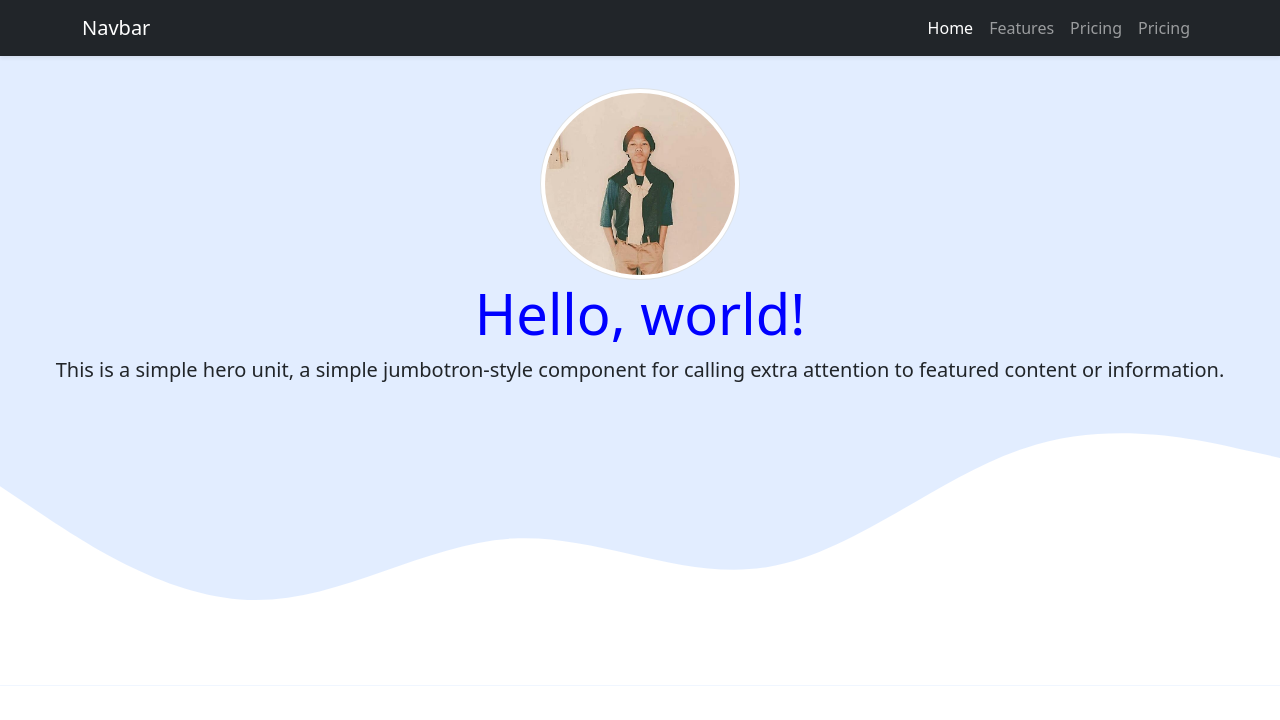
Repository: Novemberdad/gemilangtech.github.io
Page: index.html
An editor plug-in stored every save of this project. The page is shown before and after the next save, followed by the edit.
The browser window is 1280 px wide. The pictures show the whole page.

Above is the page before, as saved 2021-07-20 23:44:58.

After the next save:
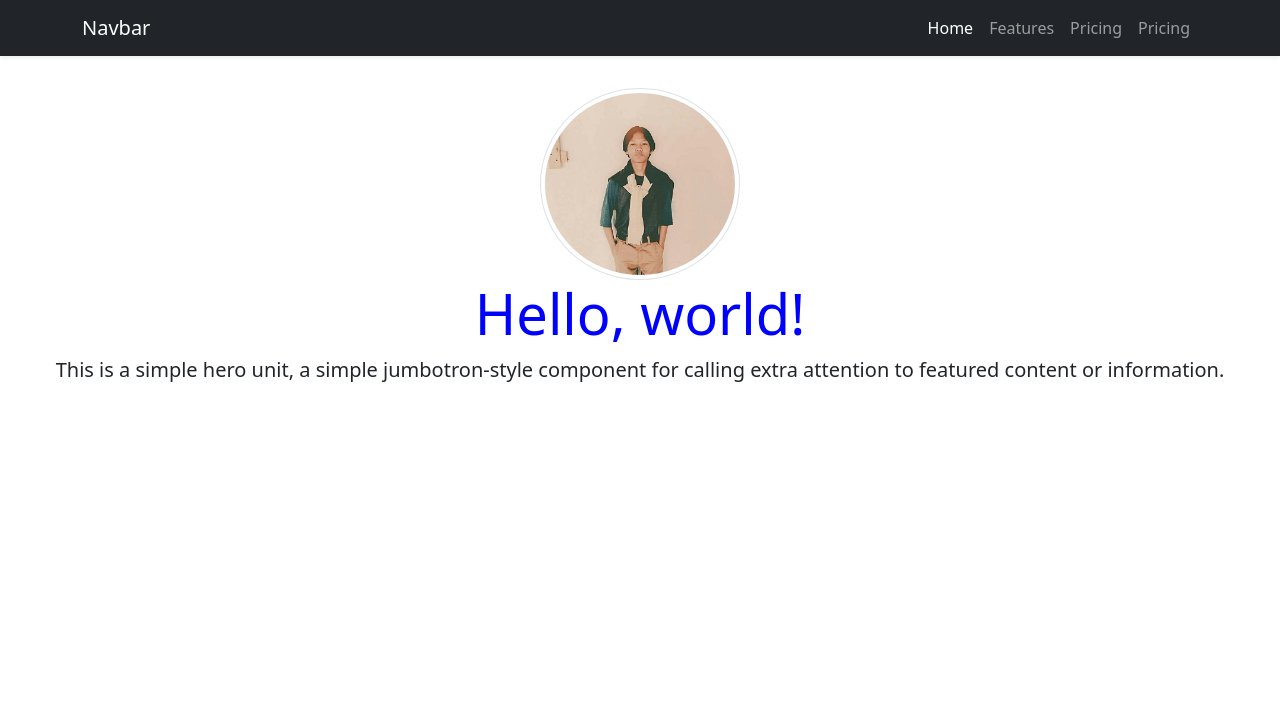
Saved 86 s later.
--- a/style.css
+++ b/style.css
@@ -1,4 +1,4 @@
 .jumbotron {
     padding-top: 2rem;
-    background-color: #e2edff;
+    background-color: 2rem;
 }

After the save that followed:
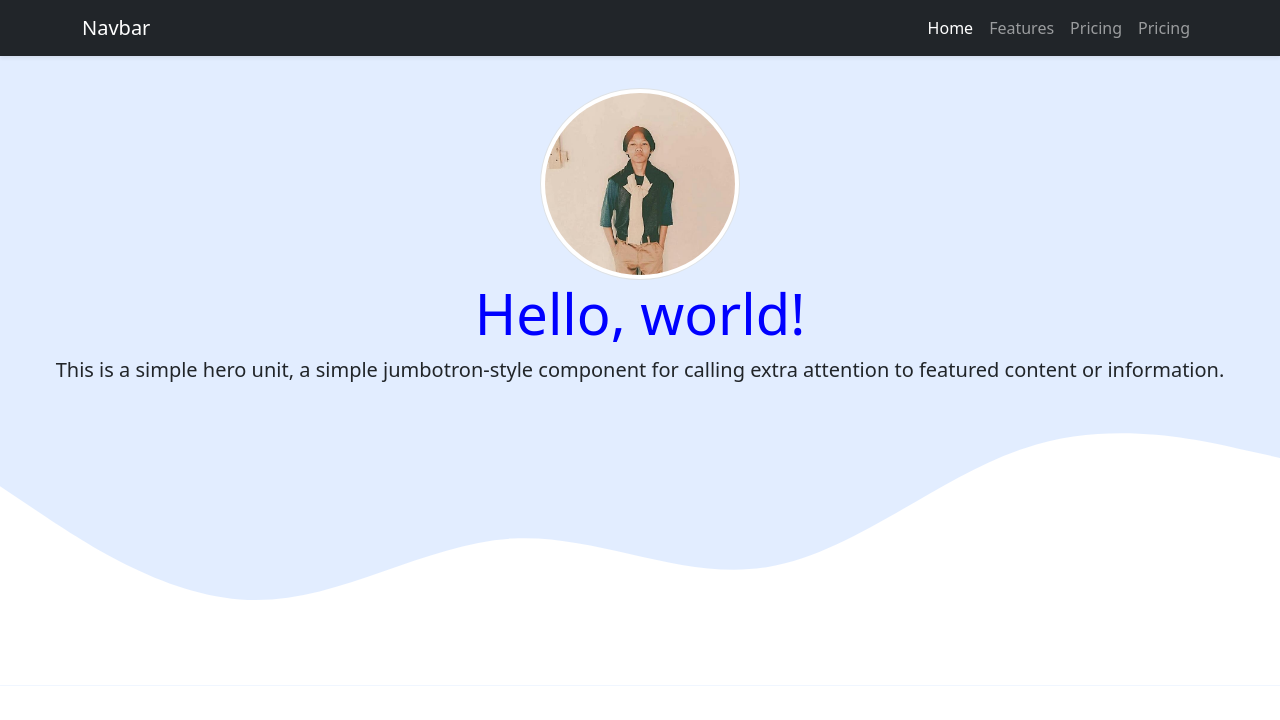
Saved 21 s later.
--- a/style.css
+++ b/style.css
@@ -1,4 +1,4 @@
 .jumbotron {
     padding-top: 2rem;
-    background-color: 2rem;
+    background-color: #e2edff;
 }
